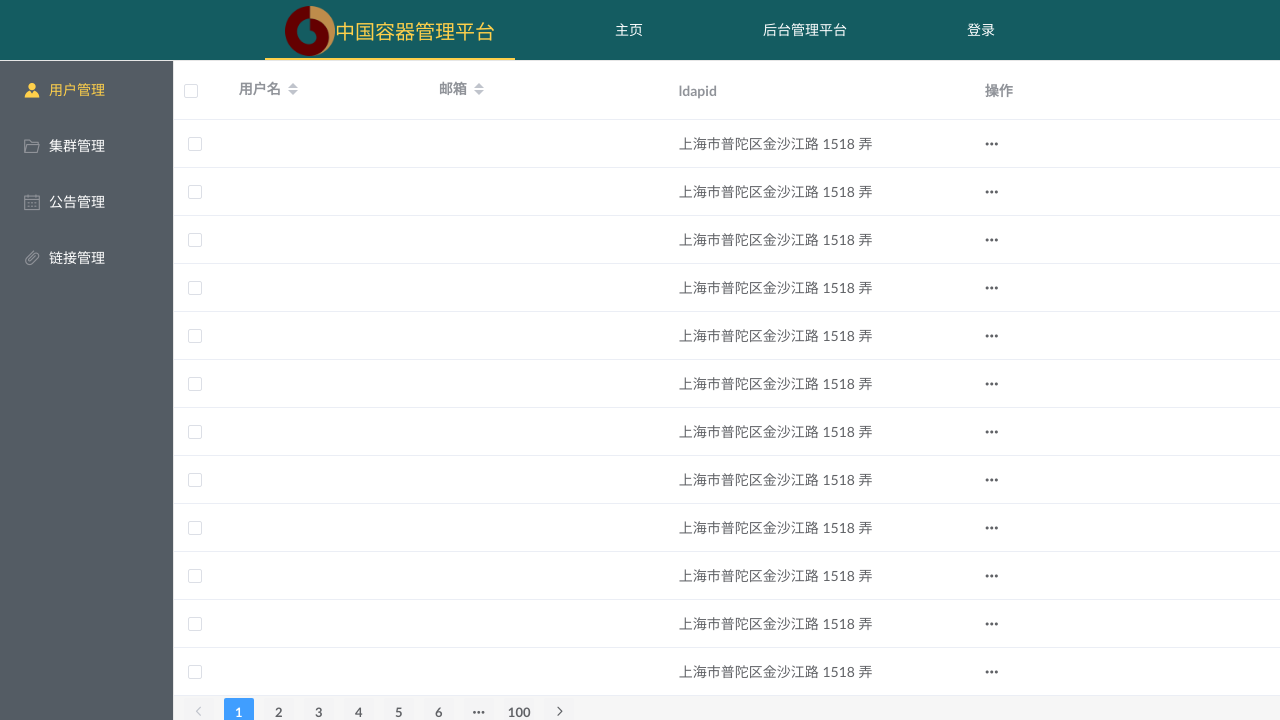
Repository: lei123zhou/zhongjin
Page: /main/management/user
An editor plug-in stored every save of this project. The page is shown before and after the next save, followed by the edit.
The browser window is 1280 px wide. The pictures show the whole page.
The project was rebuilt for these pictures with package versions that can differ from the ones it lists, and the page was loaded fresh each time. Also part of the build but not shown: vue.config.js.

Above is the page before, as saved 2022-08-29 22:17:37.

### src/main.js
import Vue from "vue";
import App from "./App.vue";

Vue.config.productionTip = false;
import "./plugins/element";

import "./main.less";
import router from "./route/index.js";
import store from "./store/index.js";
new Vue({
  router,
  store,
  render: (h) => h(App),
}).$mount("#app");

### src/App.vue
<template>
  <div id="app">
    <router-view></router-view>
  </div>
</template>

<script>
export default {
};
</script>

<style>
#app{
  height: 100%;
  overflow: hidden;

}
</style>>

### src/plugins/element.js
import Vue from "vue";
import {
  Button,
  Form,
  Input,
  Icon,
  FormItem,
  Loading,
  Card,
  Menu,
  MenuItem,
  Submenu,
  Table,
  TableColumn,
  Dropdown,
  DropdownMenu,
  DropdownItem,
  Tooltip,
  Popover,
  Pagination,
  Link,
  Dialog,
  Row,
  Col,
} from "element-ui";
import "element-ui/lib/theme-chalk/index.css";
Vue.use(Button);
Vue.use(Form);
Vue.use(Input);
Vue.use(Icon);
Vue.use(FormItem);
Vue.use(Card);
Vue.use(Menu);
Vue.use(MenuItem);
Vue.use(Submenu);
Vue.use(Table);
Vue.use(TableColumn);
Vue.use(Dropdown);
Vue.use(DropdownMenu);
Vue.use(DropdownItem);
Vue.use(Tooltip);
Vue.use(Popover);
Vue.use(Pagination);
Vue.use(Link);
Vue.use(Dialog);
Vue.use(Row);
Vue.use(Col);
Vue.use(Loading);

### src/main.less
@media (min-width:0px){
    html{font-size:12px;}
}
@media (min-width: 320px){
    html{font-size:12px;}
}
@media (min-width: 340px){
    html{font-size:13px;}
}
@media (min-width: 360px){
    html{font-size:14px;}
}
@media (min-width: 380px){
    html{font-size:15px;}
}
@media (min-width: 400px){
    html{font-size:15px;}
}
@media (min-width: 420px){
    html{font-size:16px;}
}
*{
    margin: 0;
    padding: 0;
}
ul,ol,li,dl{
    list-style-type: none;
}
a{
    text-decoration: none;
}
html,body{
    height: 100%;

    overflow: hidden;

}
body{
    font-family: 'Trebuchet MS', 'Lucida Sans Unicode', 'Lucida Grande', 'Lucida Sans', Arial, sans-serif;
    color: #666;
    line-height: 1.5;
}
.bottom-border,
.top-border {
  position: relative;
}

.bottom-border::after,
.top-border::before {
  content: '';
  position: absolute;
  left: 0;
  right: 0;
  height: 1px;
  background-color:#d43c33;
  transform: scaleY(0.5);
}

.top-border::before {
  top: 0;
}

.bottom-border::after {
  bottom: 0;
}

### src/route/index.js
import Vue from "vue";
import VueRouter from "vue-router";
Vue.use(VueRouter);
const originPush = VueRouter.prototype.push;
VueRouter.prototype.push = function push(location) {
  return originPush.call(this, location).catch((err) => err);
};
const routes = [
  { path: "/", redirect: "/login" },
  {
    path: "/login",
    name: "login",
    component: () => import("../pages/login/LoginPage.vue"),
  },
  {
    path: "/main",
    name: "main",
    component: () => import("../pages/main/MainPage.vue"),
    children: [
      { path: "", redirect: "/main/home" },
      {
        path: "home",
        name: "home",
        component: () => import("../pages/home/HomePage.vue"),
      },
      {
        path: "management",
        name: "management",
        component: () => import("../pages/management/ManagementPage.vue"),
        children: [
          { path: "", redirect: "/main/management/user" },
          {
            path: "user",
            name: "user",
            component: () => import("../pages/management/user/UserPage.vue"),
          },
          {
            path: "link",
            name: "link",
            component: () => import("../pages/management/link/LinkPage.vue"),
          },
          {
            path: "colony",
            name: "colony",
            component: () =>
              import("../pages/management/colony/ColonyPage.vue"),
          },
          {
            path: "notice",
            name: "notice",
            component: () =>
              import("../pages/management/notice/NoticePage.vue"),
          },
        ],
      },
    ],
  },
];
const router = new VueRouter({
  routes,
  mode: "history",
});
export default router;

### src/store/index.js
import Vue from 'vue';
import Vuex from 'vuex';
Vue.use(Vuex);
export default new Vuex.Store({
    state:{},
    getters:{},
    mutations:{}
})

### src/pages/main/MainPage.vue
<template>
  <div class="main">
    <div class="heard">
      <el-menu
        :default-active="activeIndex2"
        class="el-menu-demo"
        mode="horizontal"
        @select="handleSelect"
        background-color="#145c61"
        text-color="#fff"
        active-text-color="#ffd04b"
      >
        <el-menu-item index="1">
          <template slot="title">
            <img src="../../assets/u2.png" alt="" id="logo" />
            <span class="login-title">中国容器管理平台</span>
          </template></el-menu-item
        >
        <el-menu-item index="2">主页</el-menu-item>
        <el-menu-item index="3" @click="toManagement"
          >后台管理平台</el-menu-item
        >
        <el-menu-item index="null">登录</el-menu-item>
      </el-menu>
    </div>
    <router-view></router-view>
  </div>
</template>

<script>
export default {
  data() {
    return {
      activeIndex: "1",
      activeIndex2: "1",
    };
  },
  methods: {
    handleSelect(key, keyPath) {
      console.log(key, keyPath);
    },
    toManagement() {
      this.$router.push("/main/management");
    },
  },
};
</script>
<style lang="less" scoped>
.main {
  display: flex;
  flex-direction: column;
  justify-content: start;
  background-color: #f6f6f6;
  height: 100%;
  .heard {
    width: 100%;
    background-color: "#145c61";
  }
}
.login-title {
  font-size: 20px;
  line-height: 61px;
}
.clearfix {
  display: flex;
  align-content: center;
  justify-content: space-around;
}
#logo {
  width: 50px;
}
/deep/.el-menu.el-menu--horizontal {
  display: flex;
  justify-content: center;
  li {
    margin: 0 40px;
    padding: 0 20px;
  }
}
</style>

### src/pages/management/ManagementPage.vue
<template>
  <div class="manangement">
    <el-menu
      default-active="user"
      class="el-menu-vertical-demo"
      @open="handleOpen"
      @close="handleClose"
      background-color="#545c64"
      text-color="#fff"
      active-text-color="#ffd04b"
      router
    >
      <el-menu-item index="user">
        <i class="el-icon-s-custom"></i>
        <span slot="title">用户管理</span>
      </el-menu-item>
      <el-menu-item index="colony">
        <i class="el-icon-folder-opened"></i>
        <span slot="title">集群管理</span>
      </el-menu-item>
      <el-menu-item index="notice">
        <i class="el-icon-date"></i>
        <span slot="title">公告管理</span>
      </el-menu-item>
      <el-menu-item index="link">
        <i class="el-icon-paperclip"></i>
        <span slot="title">链接管理</span>
      </el-menu-item>
    </el-menu>
    <router-view></router-view>
  </div>
</template>

<script>
export default {
  methods: {
    handleOpen(key, keyPath) {
      console.log(key, keyPath);
    },
    handleClose(key, keyPath) {
      console.log(key, keyPath);
    },
  },
};
</script>

<style lang="less" scoped>
.manangement {
  display: flex;
  width: 100%;
  height: 100%;
  .el-menu{
    width: 200px;
  }
}

</style>

### src/pages/management/user/UserPage.vue
<template>
  <div class="user">
    <el-table
      ref="multipleTable"
      :data="tableData"
      tooltip-effect="dark"
      style="width: 100%"
      @selection-change="handleSelectionChange"
    >
      <el-table-column type="selection" width="55"> </el-table-column>
      <el-table-column prop="username" label="用户名" sortable width="200">
      </el-table-column>
      <el-table-column prop="email" label="邮箱" sortable width="240">
      </el-table-column>

      <el-table-column prop=" ldapid" label=" ldapid" :formatter="formatter">
      </el-table-column>
      <el-table-column label="操作">
        <el-popover placement="right" width="40" trigger="hover">
          <template slot-scope="scope">
            <el-button size="mini" @click="handleEdit(scope.$index, scope.row)"
              >编辑</el-button
            >
            <el-button
              size="mini"
              type="danger"
              @click="handleDelete(scope.$index, scope.row)"
              >删除</el-button
            >
          </template>
          <i slot="reference" class="el-icon-more"></i>
        </el-popover>
      </el-table-column>
    </el-table>
    <el-pagination background layout="prev, pager, next" :total="1000">
    </el-pagination>
    <div style="margin-top: 20px" v-if="allDel">
      <el-button @click="toggleSelection([tableData[1], tableData[2]])"
        >全部删除</el-button
      >
      <el-button @click="toggleSelection()">取消选择</el-button>
    </div>
  </div>
</template>

<script>
export default {
  data() {
    return {
      allDel: false,
      tableData: [
        {
          date: "2016-05-03",
          name: "王小虎",
          address: "上海市普陀区金沙江路 1518 弄",
        },
        {
          date: "2016-05-03",
          name: "王小虎",
          address: "上海市普陀区金沙江路 1518 弄",
        },
        {
          date: "2016-05-03",
          name: "王小虎",
          address: "上海市普陀区金沙江路 1518 弄",
        },
        {
          date: "2016-05-03",
          name: "王小虎",
          address: "上海市普陀区金沙江路 1518 弄",
        },
        {
          date: "2016-05-03",
          name: "王小虎",
          address: "上海市普陀区金沙江路 1518 弄",
        },
        {
          date: "2016-05-03",
          name: "王小虎",
          address: "上海市普陀区金沙江路 1518 弄",
        },
        {
          date: "2016-05-03",
          name: "王小虎",
          address: "上海市普陀区金沙江路 1518 弄",
        },
        {
          date: "2016-05-03",
          name: "王小虎",
          address: "上海市普陀区金沙江路 1518 弄",
        },
        {
          date: "2016-05-03",
          name: "王小虎",
          address: "上海市普陀区金沙江路 1518 弄",
        },
        {
          date: "2016-05-02",
          name: "王小虎",
          address: "上海市普陀区金沙江路 1518 弄",
        },
        {
          date: "2016-05-04",
          name: "王小虎",
          address: "上海市普陀区金沙江路 1518 弄",
        },
        {
          date: "2016-05-01",
          name: "王小虎",
          address: "上海市普陀区金沙江路 1518 弄",
        },
      ],
    };
  },
  methods: {
    toggleSelection(rows) {
      if (rows) {
        rows.forEach((row) => {
          this.$refs.multipleTable.toggleRowSelection(row);
        });
      } else {
        this.$refs.multipleTable.clearSelection();
      }
    },
    handleSelectionChange(val) {
      this.multipleSelection = val;
      this.allDel = !this.allDel;
    },
    // 编辑删除
    handleEdit(index, row) {
      console.log(index, row);
    },
    handleDelete(index, row) {
      console.log(index, row);
    },

    formatter(row) {
      return row.address;
    },
  },
};
</script>

<style lang="less" scoped>
.user {
  width: 100%;
}
</style>

Loaded but not shown: public/index.html (common file)

After the next save:
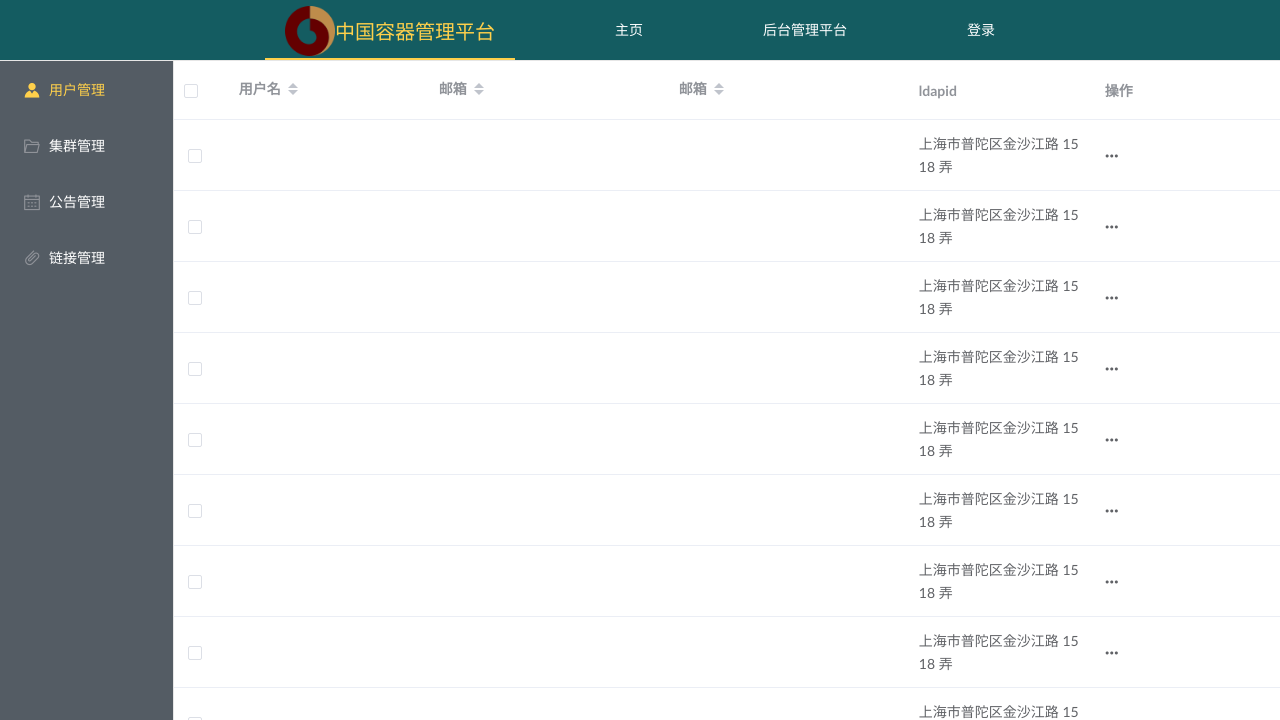
Saved 6 s later.
--- a/src/pages/management/user/UserPage.vue
+++ b/src/pages/management/user/UserPage.vue
@@ -12,7 +12,8 @@
       </el-table-column>
       <el-table-column prop="email" label="邮箱" sortable width="240">
       </el-table-column>
-
+      <el-table-column prop="email" label="邮箱" sortable width="240">
+      </el-table-column>
       <el-table-column prop=" ldapid" label=" ldapid" :formatter="formatter">
       </el-table-column>
       <el-table-column label="操作">
